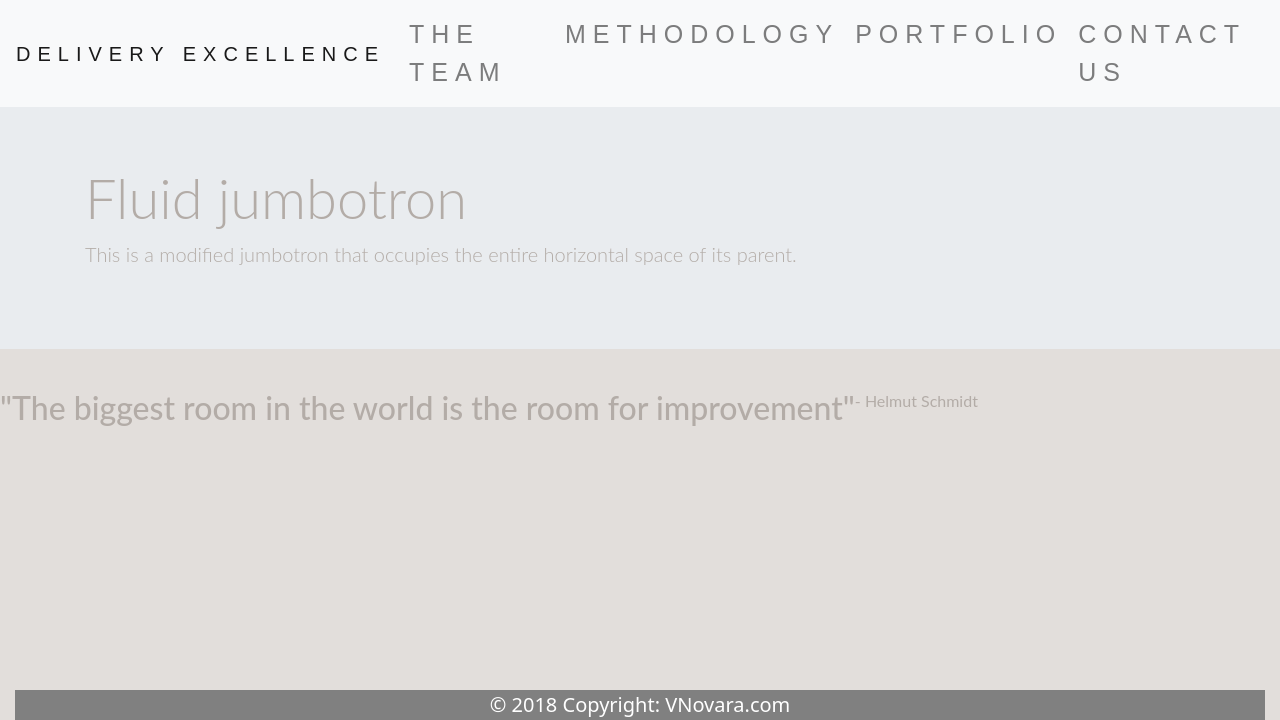
Repository: valenovi76/DeliveryExcellence
Page: index.html
The author's editor kept a record of every edit. The page is drawn from the files as they stood at one moment, then again after the next edit.
The browser window is 1280 px wide. The pictures show the whole page.
Some web libraries are served in a nearby version.

Above is the page before.

After the next edit:
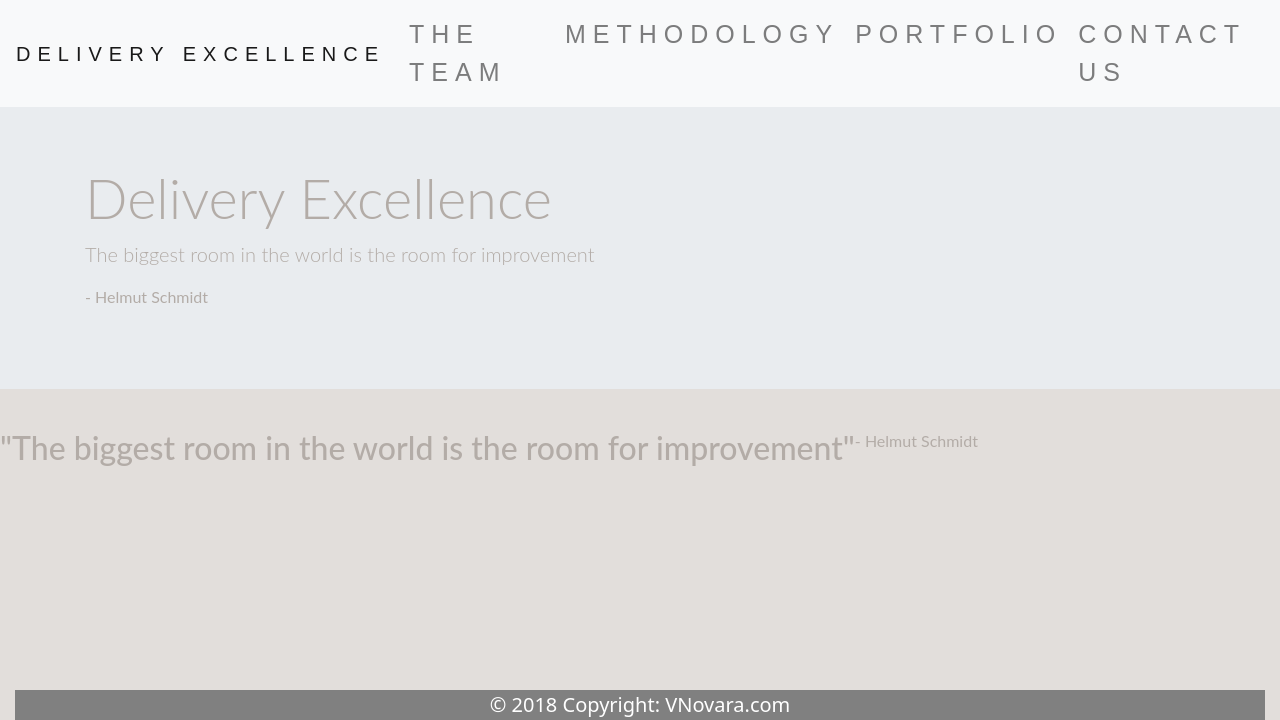
The edit:
--- a/index.html
+++ b/index.html
@@ -42,8 +42,9 @@
     <section class="main-content">
         <div class="jumbotron jumbotron-fluid">
               <div class="container">
-                <h1 class="display-4">Fluid jumbotron</h1>
-                <p class="lead">This is a modified jumbotron that occupies the entire horizontal space of its parent.</p>
+                <h1 class="display-4">Delivery Excellence</h1>
+                <p class="lead">The biggest room in the world is the room for improvement</p>
+                <p>- Helmut Schmidt</p>
               </div>
         </div>
         <div class="container-fluid">
